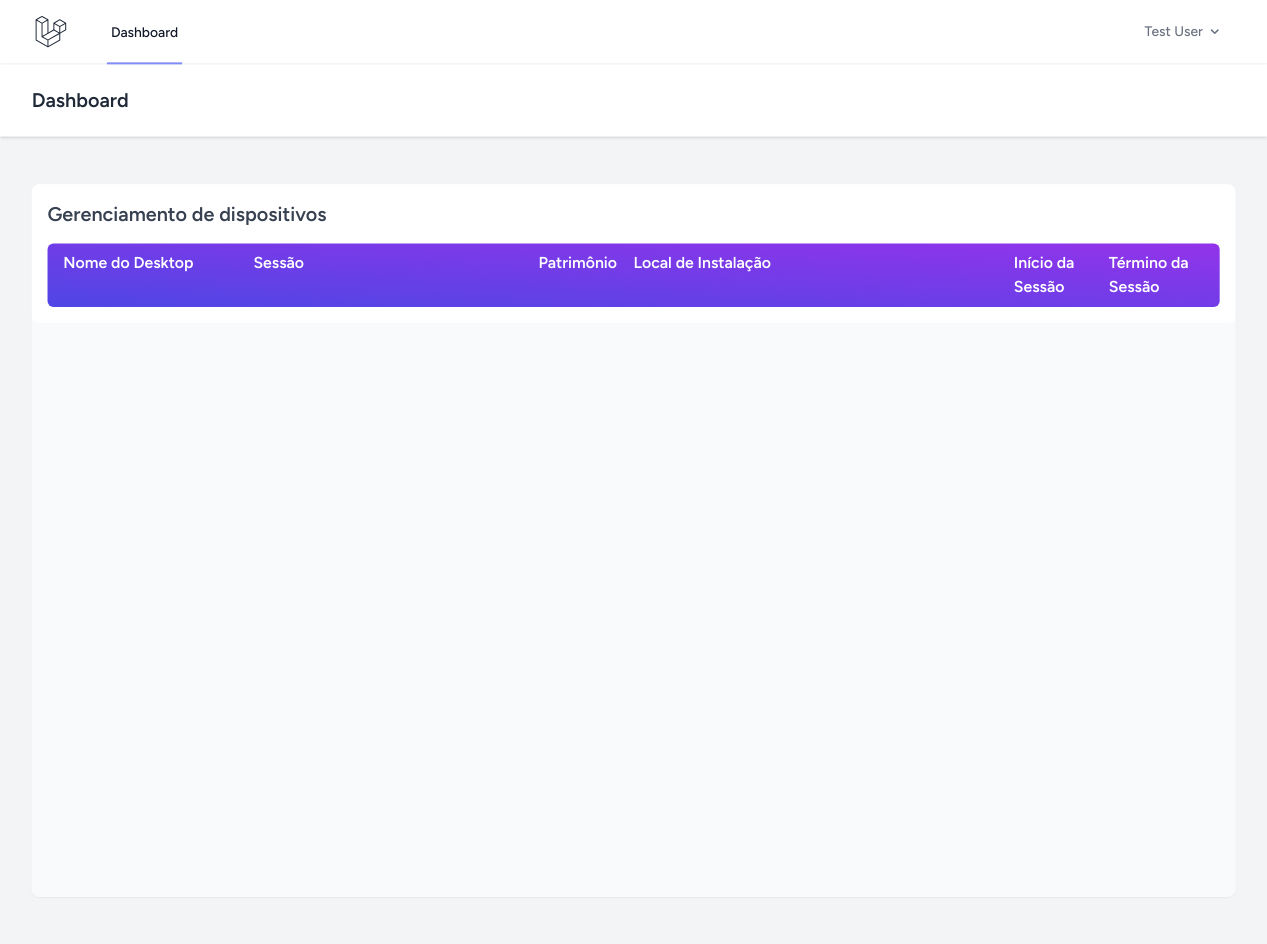
Repository: CrisMorgantee/device-logs
Page: http://localhost/dashboard
The author's editor kept a copy of each file at every save. The page is drawn from the files as they stood at one save, then again after the next save.
The browser window is 1280 px wide. The pictures show the whole page, at 99% of full size.
The page is served by the project's Laravel application, run on PHP 8.4 with Laravel 10. A made-up administrator, Test User (test@example.com), is signed in. Style sheets and scripts are compiled from the project's sources, by tool versions that may differ from the author's. Queries for data that is not in the repository find no rows.

Above is the page before, as saved 2023-04-14 22:55:43.

After the next save:
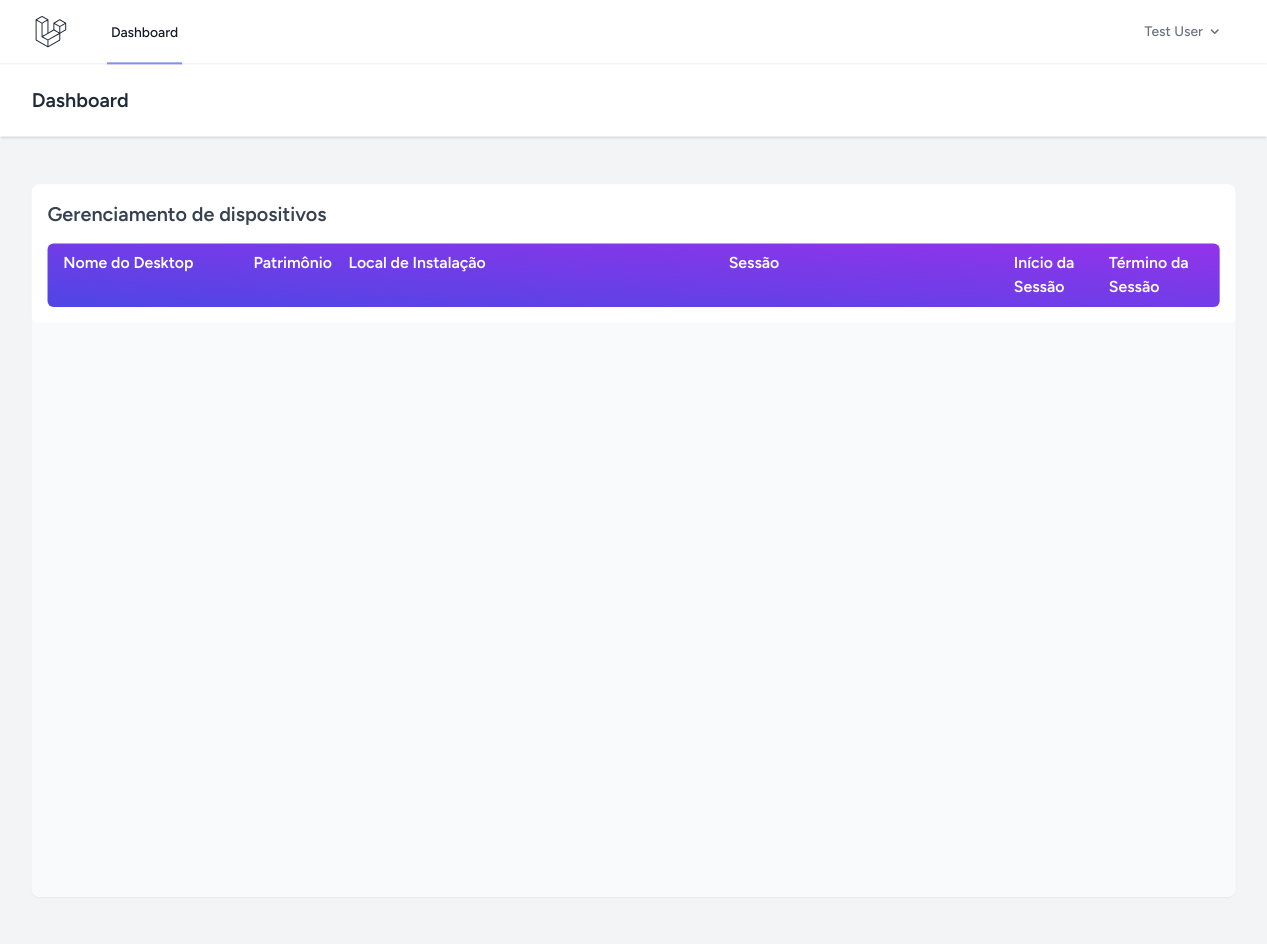
Saved 66 s later.
--- a/resources/views/dashboard.blade.php
+++ b/resources/views/dashboard.blade.php
@@ -17,14 +17,14 @@
               <div class="col-span-2">
                 <span>Nome do Desktop</span>
               </div>
-              <div class="col-span-3">
-                <span>Sessão</span>
-              </div>
               <div class="col-span-1">
                 <span>Patrimônio</span>
               </div>
               <div class="col-span-4">
                 <span>Local de Instalação</span>
+              </div>
+              <div class="col-span-3">
+                <span>Sessão</span>
               </div>
               <div class="col-span-1">
                 <span>Início da Sessão</span>
@@ -39,15 +39,16 @@
                   <div class="col-span-2">
                     <span>{{ $deviceLog->machine_name }}</span>
                   </div>
-                  <div class="col-span-3">
-                    <span>{{ $deviceLog->session }}</span>
-                  </div>
                   <div class="col-span-1">
                     <span>{{ $deviceLog->patrimony }}</span>
                   </div>
                   <div class="col-span-4">
                     <span>{{ $deviceLog->location }}</span>
                   </div>
+                  <div class="col-span-3">
+                    <span>{{ $deviceLog->session }}</span>
+                  </div>
+
                   <div class="col-span-1">
                     <span>{{ $deviceLog->start_session_at }}</span>
                   </div>
